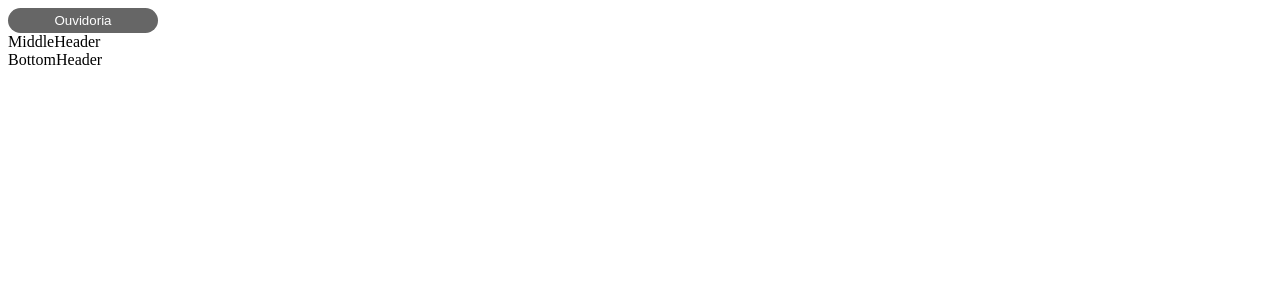
Repository: YuriSarmanho/prodepaSite
Page: / (app in prodepa-site/)
An editor plug-in stored every save of this project. The page is shown before and after the next save, followed by the edit.
The browser window is 1280 px wide. The pictures show the whole page.
The project was rebuilt for these pictures with package versions that can differ from the ones it lists, and the page was loaded fresh each time. Also part of the build but not shown: prodepa-site/src/App.css.

Above is the page before, as saved 2022-12-19 14:21:26.

### prodepa-site/public/index.html
<!DOCTYPE html>
<html lang="en">
  <head>
    <meta charset="utf-8" />
    <link rel="icon" href="%PUBLIC_URL%/favicon.ico" />
    <meta name="viewport" content="width=device-width, initial-scale=1" />
    <meta name="theme-color" content="#000000" />
    <meta
      name="description"
      content="Web site created using create-react-app"
    />
    <link rel="apple-touch-icon" href="%PUBLIC_URL%/logo192.png" />

    <link rel="manifest" href="%PUBLIC_URL%/manifest.json" />
    <title>React App</title>
  </head>
  <body>
    <div id="root"></div>
  </body>
</html>

### prodepa-site/src/App.js
import './App.css';
import Header from './sections/Header'

function App() {
  return (
    <>
      <Header/>
    </>
  );
}

export default App;

### prodepa-site/src/sections/Header/index.jsx
import React from 'react'
import TopHeader from './TopHeader'
import MiddleHeader from './MiddleHeader'
import BottomHeader from './BottomHeader'


function Header() {
  return (
    <>
        <TopHeader/>
        <MiddleHeader/>
        <BottomHeader/>
    </>
  )
}

export default Header

### prodepa-site/src/sections/Header/TopHeader/index.jsx
import React from 'react'
import TopHeaderButton from '../../../components/Buttons/TopHeaderButton'


function TopHeader() {
  return (
    <div>
      <TopHeaderButton children = {'Ouvidoria'}/>
    </div>
  )
}

export default TopHeader

### prodepa-site/src/sections/Header/MiddleHeader/index.jsx
import React from 'react'

function MiddleHeader() {
  return (
    <div>MiddleHeader</div>
  )
}

export default MiddleHeader

### prodepa-site/src/sections/Header/BottomHeader/index.jsx
import React from 'react'

function BottomHeader() {
  return (
    <div>BottomHeader</div>
  )
}

export default BottomHeader

### prodepa-site/src/components/Buttons/TopHeaderButton/index.jsx
import React from 'react'
import './index.css'

function TopHeaderButton(props) {
  return (
    <button className='topHeaderButton'>{props.children}</button>
  )
}

export default TopHeaderButton

### prodepa-site/src/components/Buttons/TopHeaderButton/index.css
.topHeaderButton {
    padding: 5px 15px;
    color: #fff;
    background-color: #666 ;
    border: none;
    border-radius: 1rem;
    width: 150px;
}

Loaded but not shown: prodepa-site/src/index.js (common file)

After the next save:
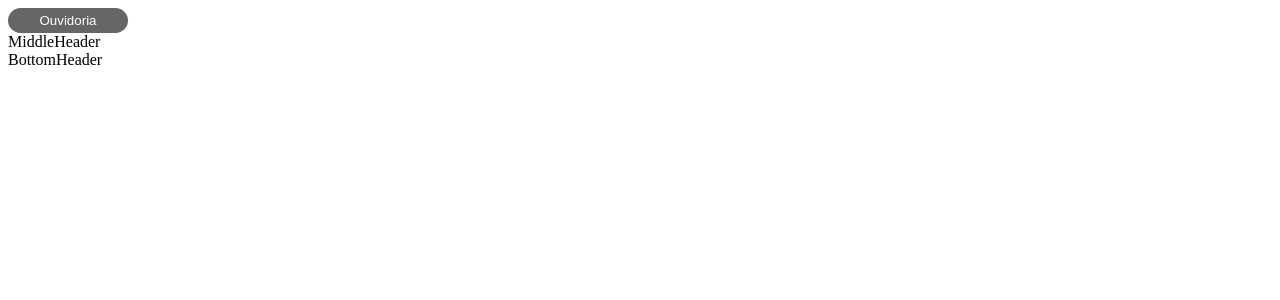
Saved 5 s later.
--- a/prodepa-site/src/components/Buttons/TopHeaderButton/index.css
+++ b/prodepa-site/src/components/Buttons/TopHeaderButton/index.css
@@ -4,5 +4,5 @@
     background-color: #666 ;
     border: none;
     border-radius: 1rem;
-    width: 150px;
+    width: 120px;
 }
